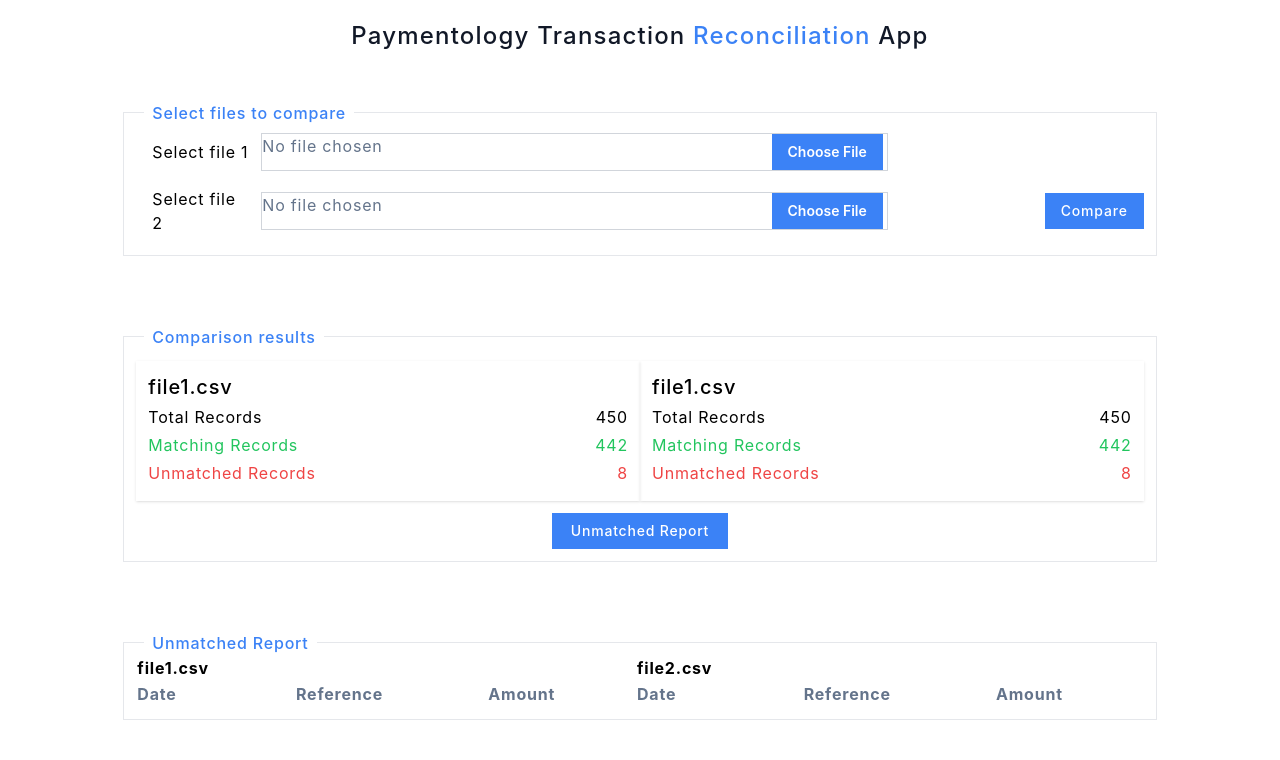
Repository: chionye/paymentology-front
Page: /
An editor plug-in stored every save of this project. The page is shown before and after the next save, followed by the edit.
The browser window is 1280 px wide. The pictures show the whole page.
The project was rebuilt for these pictures with package versions that can differ from the ones it lists, and the page was loaded fresh each time.

Above is the page before, as saved 2022-03-16 19:11:49.

### src/index.css
@tailwind base;
@tailwind components;
@tailwind utilities;

body {
  margin: 0;
  font-family: -apple-system, BlinkMacSystemFont, 'Segoe UI', 'Roboto', 'Oxygen',
    'Ubuntu', 'Cantarell', 'Fira Sans', 'Droid Sans', 'Helvetica Neue',
    sans-serif;
  -webkit-font-smoothing: antialiased;
  -moz-osx-font-smoothing: grayscale;
}

input[type=file]::file-selector-button {
  float: right;
  margin-left:20px;
}
input[type=file]::-ms-browse {
  float: right;
}

input[type=file]::-webkit-file-upload-button {
  float: right;
}

### src/App.js
import CompareFiles from "./components/CompareFiles";
import Results from "./components/Results";
import Report from "./components/Report";
import Title from "./components/Title";

function App() {
  return (
    <>
      <Title />
      <CompareFiles />
      <Results />
      <Report />
    </>

  );
}

export default App;

### src/components/CompareFiles.js
import Button from "./Button";
import Container from "./Container";
import InputFile from "./InputFile";
import Section from "./Section";

const CompareFiles = () => {
    return(
        <Container>
            <Section title={"Select files to compare"}>
                <InputFile file={"Select file 1"} />
                <div className="flex flex-col md:flex-row md:items-center md:justify-between">
                    <InputFile file={"Select file 2"} />
                    <div className="my-3 md:my-0">
                    <Button width={"w-full"} label={"Compare"} />
                    </div>

                </div>
            </Section>
        </Container>

    )
}

export default CompareFiles;

### src/components/Results.js
import Button from "./Button";
import Container from "./Container";
import FileSummary from "./FileSummary";
import Section from "./Section";

const Results = () => {
    return(
        <Container>
            <Section title={"Comparison results"}>
                <div className="flex flex-col md:flex-row md:justify-between md:items-center">
                    <FileSummary />
                    <FileSummary />
                </div>
                <div className="md:flex md:w-44 md:justify-center md:mx-auto">
                        <Button width={"w-full"} label={"Unmatched Report"} />
                </div>
            </Section>
        </Container>
    )
}

export default Results;

### src/components/Report.js
import Container from "./Container";
import Section from "./Section";
import Table from "./Table";

const Report = () => {
    return(
        <Container>
            <Section title={"Unmatched Report"}>
                <Table />
            </Section>
        </Container>
    )
}

export default Report;

### src/components/Title.js
import Container from "./Container"

const Title = () => {
    return(
        <Container>
            <div className="md:w-5/6 mx-auto">
                <h1 className="font-medium tracking-wider text-center  leading-loose text-xl md:text-2xl text-gray-900">Paymentology Transaction <span className="text-blue-500">Reconciliation</span> App</h1>

            </div>
        </Container>
    )
}

export default Title;

### src/components/Button.js
const Button = (props) => {

    return <button className={`${props.width} bg-blue-500 hover:bg-blue-700 py-2 px-4 text-sm text-white font-medium`}>{props.label}</button>
}

export default Button;

### src/components/Container.js
const Container = (props) => {

    return <div className="p-5 mx-auto">{props.children}</div>
}
export default Container;

### src/components/InputFile.js
import Button from "./Button";
const InputFile = (props) => {
    return(
        <div className="flex flex-col md:flex-row w-full md:w-3/4 md:items-center text-sm md:text-base tracking-wider my-2 md:px-4">
            <label className="w-28">{props.file}</label>
            <div className="w-full">
            <input type="file"
                    className="block
                    border border-1 border-gray-300
                    w-full

                    md:mx-3
                    appearance-none
                    text-slate-500
                    file:py-2
                    file:px-4
                    file:border-0
                    file:text-sm
                    file:font-semibold
                    file:bg-blue-500
                    hover:file:bg-blue-700
                    file:text-white
                "/>
            </div>

        </div>
    )
}

export default InputFile;

### src/components/Section.js

const Section = (props) => {
    return(
        <div className="relative md:w-5/6  h-auto p-3 border border-1 border-gray mx-auto my-5 tracking-wider">
            <div className="absolute font-medium -top-3 left-1 md:left-5 bg-white  text-blue-500 px-2">{props.title}</div>
            {props.children}
        </div>
    )
}

export default Section;

### src/components/FileSummary.js
const FileSummary = () => {
    return(
        <div className="shadow text-sm md:text-base p-3 my-3 w-full md:w-1/2  max-w-lg tracking-wider ">
            <div className="font-medium text-xl">file1.csv</div>
            <div className="flex flex-row justify-between my-1">
                <span>Total Records</span>
                <span>450</span>
            </div>
            <div className="flex flex-row justify-between my-1 text-green-500">
                <span>Matching Records</span>
                <span>442</span>
            </div>
            <div className="flex flex-row justify-between my-1 text-red-500">
                <span>Unmatched Records</span>
                <span>8</span>
            </div>
        </div>
    )
}

export default FileSummary;

### src/components/Table.js
const Table = () => {
    return(
        <div className="w-full overflow-scroll">
            <table className="w-full border-collapse border-slate-500">
            <thead>
                <tr className="text-left">
                    <th>file1.csv</th>
                    <th></th>
                    <th></th>
                    <th>file2.csv</th>
                    <th></th>
                    <th></th>
                </tr>
                <tr className="text-left text-slate-500">
                    <th>Date</th>
                    <th>Reference</th>
                    <th>Amount</th>
                    <th>Date</th>
                    <th>Reference</th>
                    <th>Amount</th>
                </tr>
            </thead>
            <tbody></tbody>
        </table>
        </div>

    )
}

export default Table;

Loaded but not shown: public/index.html (common file); src/index.js (common file); src/reportWebVitals.js (common file); tailwind.config.js (common file)

After the next save:
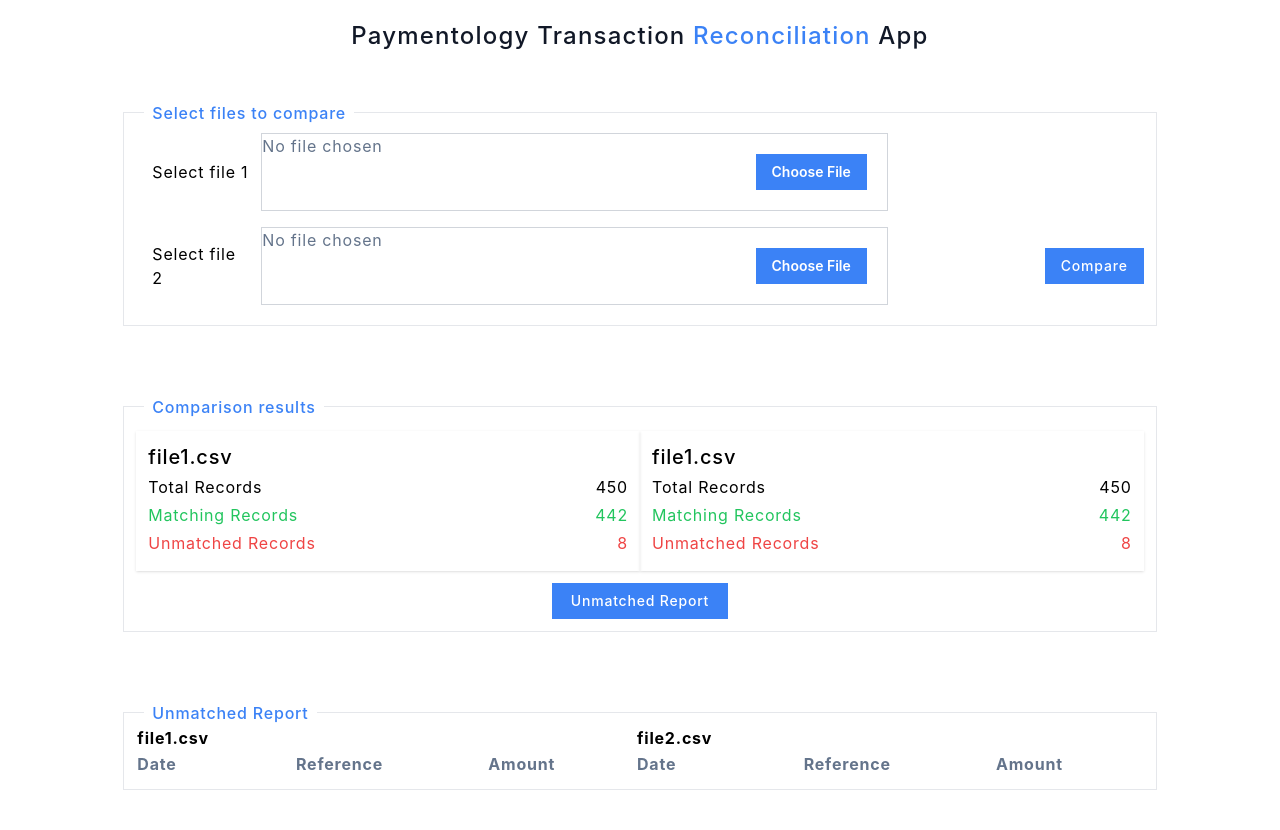
Saved 37 s later.
--- a/src/index.css
+++ b/src/index.css
@@ -13,7 +13,7 @@ body {
 
 input[type=file]::file-selector-button {
   float: right;
-  margin-left:20px;
+  margin:20px;
 }
 input[type=file]::-ms-browse {
   float: right;
